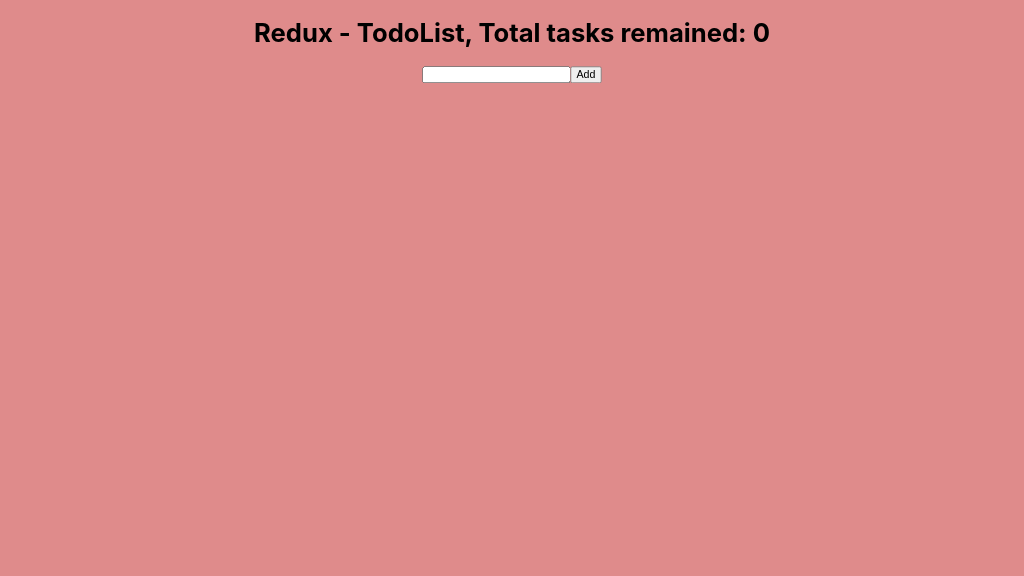
Repository: BhanuKaukuntla/TodoApp
Page: /
An editor plug-in stored every save of this project. The page is shown before and after the next save, followed by the edit.
The browser window is 1280 px wide. The pictures show the whole page, at 80% of full size.
The project was rebuilt for these pictures with package versions that can differ from the ones it lists, and the page was loaded fresh each time. Also part of the build but not shown: src/components/TodoItem/TodoItem.js.

Above is the page before, as saved 2021-12-01 09:57:14.

After the next save:
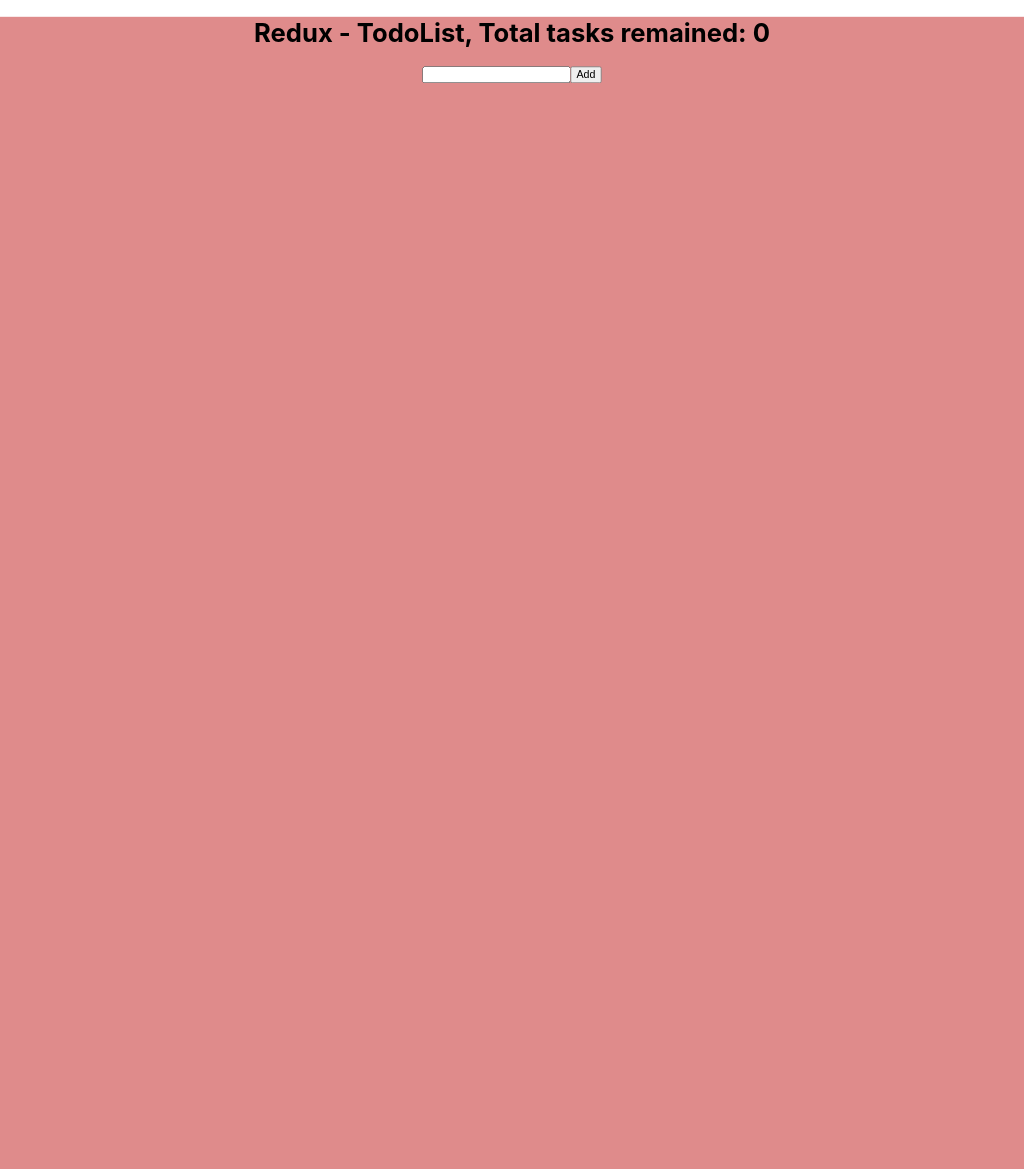
Saved 25 s later.
--- a/src/index.css
+++ b/src/index.css
@@ -17,6 +17,6 @@ code {
   /* background-color: #e77a7a; */
   background-color: #df8b8b;
   margin-top: 0%;
-  position: fixed;
+  /* position: fixed; */
   width: 100%;
 }
